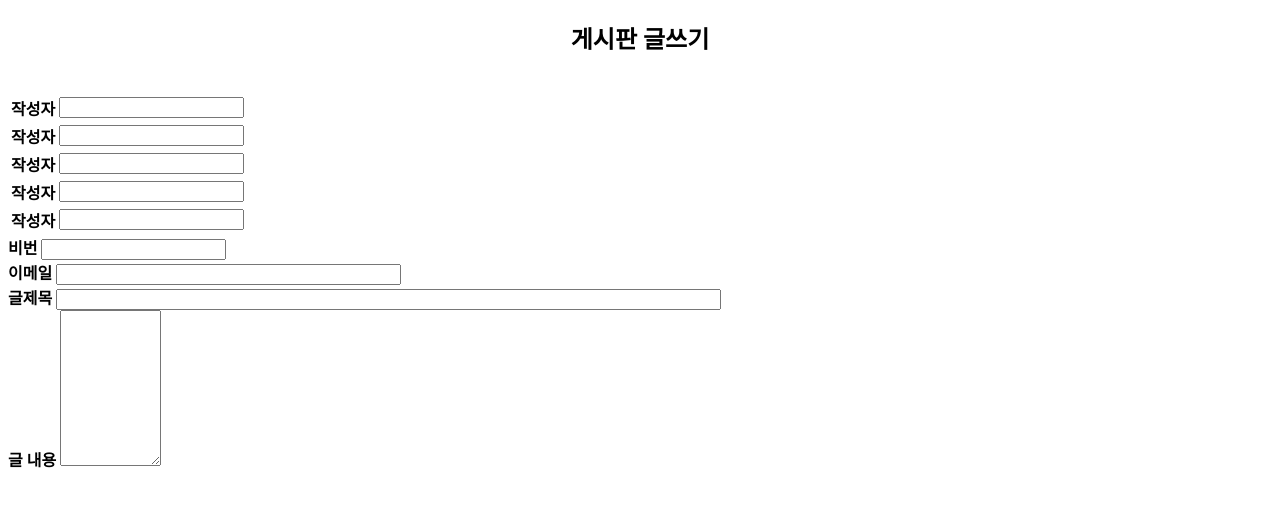
Repository: supremehappy/JSP_test02
Page: http://localhost/test/JSP_Test_06_1_boardWriteForm.jsp
An editor plug-in stored every save of this project. The page is shown before and after the next save, followed by the edit.
The browser window is 1280 px wide. The pictures show the whole page.
The page is served by Tomcat 9.

Above is the page before, as saved 2017-07-17 07:15:00.

### test/WebContent/JSP_Test_06_1_boardWriteForm.jsp
<%@ page language="java" contentType="text/html; charset=UTF-8"
    pageEncoding="UTF-8"%>
<!DOCTYPE html PUBLIC "-//W3C//DTD HTML 4.01 Transitional//EN" "http://www.w3.org/TR/html4/loose.dtd">
<html>
<head>
<meta http-equiv="Content-Type" content="text/html; charset=UTF-8">
<title>Insert title here</title>
<style type="text/css">
	h2{
		text-align: center;
	}

</style>
</head>
<body>
<form method="post" action="JSP_Test_06_1_boardWrite.jsp">
	<h2>게시판 글쓰기</h2>
	<br>
	<table>
		<tr>
			<td><label><b>작성자		</b></label></td>
			<td><input type="text" name="name" size="20"></td>
		</tr>
		<tr>
			<td><label><b>작성자		</b></label></td>
			<td><input type="text" name="name" size="20"></td>
		</tr>
		<tr>
			<td><label><b>작성자		</b></label></td>
			<td><input type="text" name="name" size="20"></td>
		</tr>
		<tr>
			<td><label><b>작성자		</b></label></td>
			<td><input type="text" name="name" size="20"></td>
		</tr>
		<tr>
			<td><label><b>작성자		</b></label></td>
			<td><input type="text" name="name" size="20"></td>
		</tr>
	</table>




	<label><b>비번</b></label>
	<input type="password" name="pw" size="20"><br>

	<label><b>이메일</b></label>
	<input type="text" name="email" size="40"><br>

	<label><b>글제목</b></label>
	<input type="text" name="title" size="80"><br>

	<label><b>글 내용</b></label>
	<textarea rows="10" cols="10" name="comment" ></textarea><br>
</form>
</body>
</html>

After the next save:
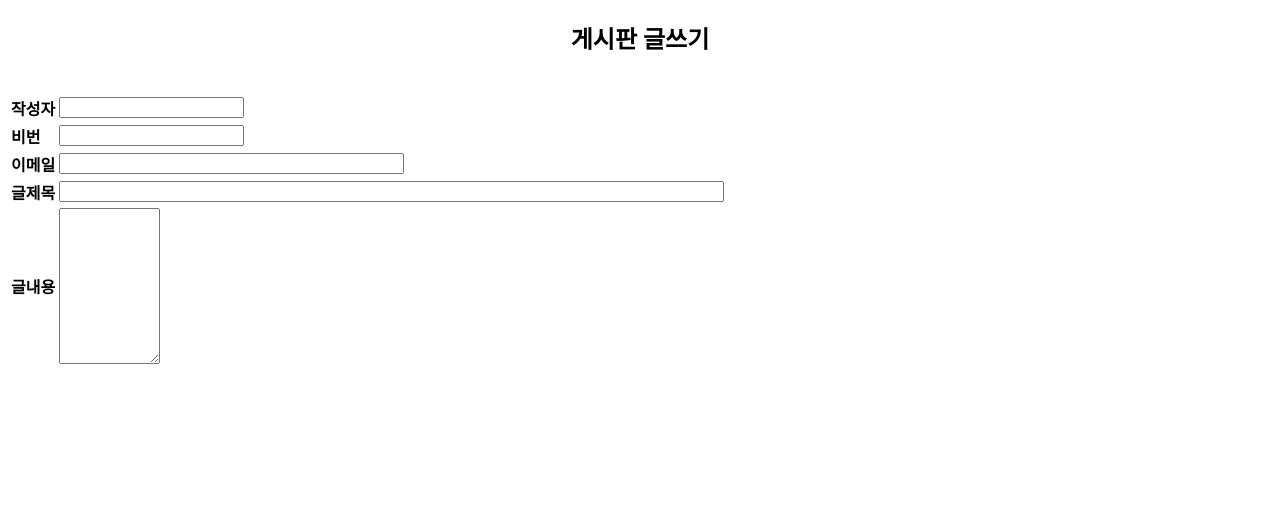
Saved 81 s later.
--- a/test/WebContent/JSP_Test_06_1_boardWriteForm.jsp
+++ b/test/WebContent/JSP_Test_06_1_boardWriteForm.jsp
@@ -22,37 +22,22 @@
 			<td><input type="text" name="name" size="20"></td>
 		</tr>
 		<tr>
-			<td><label><b>작성자		</b></label></td>
-			<td><input type="text" name="name" size="20"></td>
+			<td><label><b>비번		</b></label></td>
+			<td><input type="password" name="pw" size="20"></td>
 		</tr>
 		<tr>
-			<td><label><b>작성자		</b></label></td>
-			<td><input type="text" name="name" size="20"></td>
+			<td><label><b>이메일		</b></label></td>
+			<td><input type="text" name="email" size="40"></td>
 		</tr>
 		<tr>
-			<td><label><b>작성자		</b></label></td>
-			<td><input type="text" name="name" size="20"></td>
+			<td><label><b>글제목		</b></label></td>
+			<td><input type="text" name="title" size="80"></td>
 		</tr>
 		<tr>
-			<td><label><b>작성자		</b></label></td>
-			<td><input type="text" name="name" size="20"></td>
+			<td><label><b>글내용		</b></label></td>
+			<td><textarea rows="10" cols="10" name="comment" ></textarea></td>
 		</tr>
 	</table>
-
-
-
-
-	<label><b>비번</b></label>
-	<input type="password" name="pw" size="20"><br>
-
-	<label><b>이메일</b></label>
-	<input type="text" name="email" size="40"><br>
-
-	<label><b>글제목</b></label>
-	<input type="text" name="title" size="80"><br>
-
-	<label><b>글 내용</b></label>
-	<textarea rows="10" cols="10" name="comment" ></textarea><br>
 </form>
 </body>
 </html>
